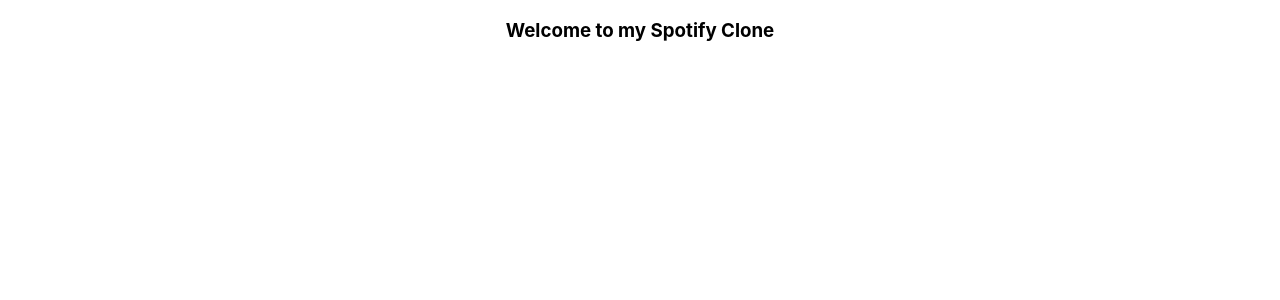
Repository: randysteele/spotifyjs
Page: /
An editor plug-in stored every save of this project. The page is shown before and after the next save, followed by the edit.
The browser window is 1280 px wide. The pictures show the whole page.
The project was rebuilt for these pictures with package versions that can differ from the ones it lists, and the page was loaded fresh each time.

Above is the page before, as saved 2021-04-27 06:08:22.

After the next save:
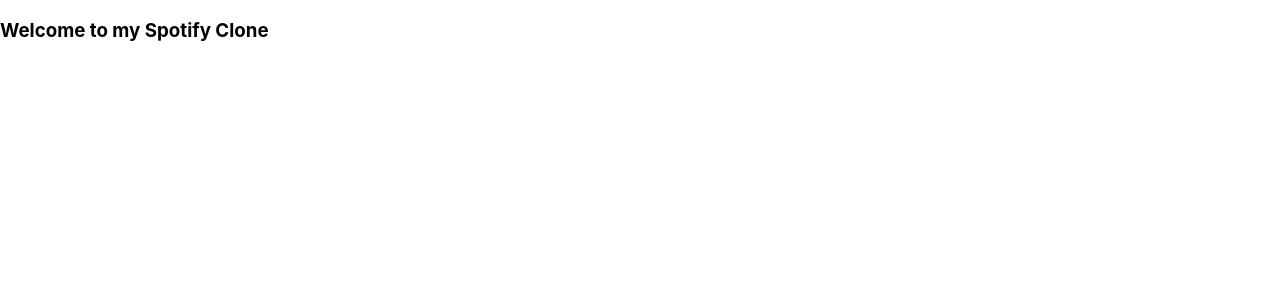
Saved 59 s later.
--- a/src/App.js
+++ b/src/App.js
@@ -2,7 +2,7 @@
 
 function App() {
   return (
-    <div className="App">
+    <div className="app">
       <h3> Welcome to my Spotify Clone</h3>
 
     </div>
